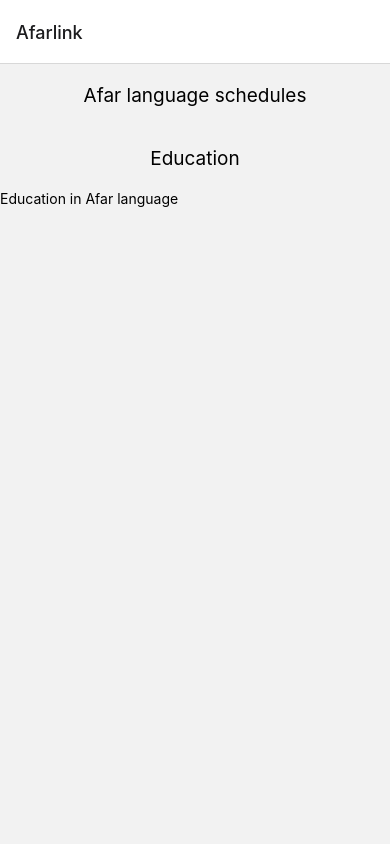
Repository: abdurehmanali611/Assunah_TV
Screen: /Afarlink
These files come from the project's save history. The screen is drawn as it stood at one moment and after a run of saves; the edit follows.
The app was drawn by React Native's web renderer in a window 390 px wide. The project was rebuilt for these pictures with package versions that can differ from the ones it lists, and the page was loaded fresh each time. Also part of the build but not shown: Components/Login.js, Components/SignUp.js, Constants/Home.js, Constants/AboutUs.js, Constants/Contacts.js, Constants/AssunahFolder.js, Constants/AssunahKids.js, Constants/AdditionalExtra.js and 29 more.

Above is the screen before, as saved 2023-12-27 00:18:49.

### App.js
import { createStackNavigator } from "@react-navigation/stack";
import { NavigationContainer } from "@react-navigation/native";

import Login from "./Components/Login";
import SignUp from "./Components/SignUp";
import Home from "./Constants/Home";
import AboutUs from "./Constants/AboutUs";
import Contacts from "./Constants/Contacts";
import AssunahFolder from "./Constants/AssunahFolder";
import AssunahKids from "./Constants/AssunahKids";
import AdditionalExtra from "./Constants/AdditionalExtra";
import Qiratcenter from "./Constants/Qiratcenter";
import AmharicPrograms from './Programs/AmharicPrograms'
import ArabicPrograms from './Programs/ArabicPrograms'
import AffanOromo from './Programs/AffanOromo'
import Afar from './Programs/Afar'
import Ethio_Somali from './Programs/Ethio_Somali'
import Gumuz from './Programs/Gumuz'
import Hadere from './Programs/Hadere'
import Halaba from './Programs/Halaba'
import Tigrigna from './Programs/Tigrigna'
import LoginQirat from "./Assunah_Qirat_Center/LoginQirat";
import LoginQirat2 from "./Assunah_Qirat_Center/LoginQirat2";
import Logged from "./Assunah_Qirat_Center/Logged";
import Afarlink from "./Program_Links/Afarlink";
import AffanOromolink from "./Program_Links/AffanOromolink";
import Amhariclink from "./Program_Links/Amhariclink";
import Arabiclink from "./Program_Links/Arabiclink";
import EthioSomalilink from "./Program_Links/EthioSomalilink";
import Gumuzlink from "./Program_Links/Gumuzlink";
import Haderelink from "./Program_Links/Haderelink";
import Halabalink from "./Program_Links/Halabalink";
import Tigraylink from "./Program_Links/Tigraylink";
import Support from "./Additional/Support";
import Help from "./Additional/Help";
import Rate from "./Additional/Rate";
import Amhariclink_2 from "./Program_Links/Amhariclink_2";
import Amhariclink_3 from "./Program_Links/Amhariclink_3";
import Amhariclink_4 from "./Program_Links/Amhariclink_4";
import Amhariclink_5 from "./Program_Links/Amhariclink_5";
import AffanOromolink_2 from "./Program_Links/AffanOromolink_2";

const stack = createStackNavigator();

const App = () => {

  return (
    <NavigationContainer>
      <stack.Navigator initialRouteName="Afarlink" >
         <stack.Screen name="Log" component={Login}/>
         <stack.Screen name="Sign" component={SignUp}/>
         <stack.Screen name="Home" component={Home}/>
         <stack.Screen name="Qirat" component={Qiratcenter}/>
         <stack.Screen name="About" component={AboutUs}/>
         <stack.Screen name="Contact" component={Contacts}/>
         <stack.Screen name="Assunah" component={AssunahFolder}/>
         <stack.Screen name="Kids" component={AssunahKids}/>
         <stack.Screen name="Extra" component={AdditionalExtra}/>
         <stack.Screen name="Amharic" component={AmharicPrograms}/>
         <stack.Screen name="Arabic" component={ArabicPrograms}/>
         <stack.Screen name="Oromo" component={AffanOromo}/>
         <stack.Screen name="Afar" component={Afar}/>
         <stack.Screen name="Somali" component={Ethio_Somali}/>
         <stack.Screen name="Gumuz" component={Gumuz}/>
         <stack.Screen name="Hadere" component={Hadere}/>
         <stack.Screen name="Halaba" component={Halaba}/>
         <stack.Screen name="Tigray" component={Tigrigna}/>
         <stack.Screen name="Login" component={LoginQirat}/>
         <stack.Screen name="Login2" component={LoginQirat2}/>
         <stack.Screen name="Logged" component={Logged}/>
         <stack.Screen name="Afarlink" component={Afarlink}/>
         <stack.Screen name="Oromolink" component={AffanOromolink}/>
         <stack.Screen name="Oromolink2" component={AffanOromolink_2}/>
         <stack.Screen name="Amhariclink" component={Amhariclink}/>
         <stack.Screen name="Amhariclink2" component={Amhariclink_2}/>
         <stack.Screen name="Amhariclink3" component={Amhariclink_3}/>
         <stack.Screen name="Amhariclink4" component={Amhariclink_4}/>
         <stack.Screen name="Amhariclink5" component={Amhariclink_5}/>
         <stack.Screen name="Arabiclink" component={Arabiclink}/>
         <stack.Screen name="EthioSomalilink" component={EthioSomalilink}/>
         <stack.Screen name="Gumuzlink" component={Gumuzlink}/>
         <stack.Screen name="Haderelink" component={Haderelink}/>
         <stack.Screen name="Halabalink" component={Halabalink}/>
         <stack.Screen name="Tigraylink" component={Tigraylink}/>
         <stack.Screen name="support" component={Support}/>
         <stack.Screen name="help" component={Help}/>
         <stack.Screen name="rate" component={Rate}/>
      </stack.Navigator>
    </NavigationContainer>

  )
};

export default App;

### Program_Links/Afarlink.js
import React from "react";
import { StyleSheet } from "react-native";
import { Linking, TouchableOpacity } from "react-native";
import { Text } from "react-native";
import { View } from "react-native";

const Afarlink = () => {

    return <View>
        <Text style = {{marginVertical: 20, textAlign: 'center', fontSize: 19}}>Afar language schedules</Text>
        <View>
            <Text style = {{marginVertical: 20, textAlign: 'center', fontSize: 19}}>Education</Text>
            <View>
                <TouchableOpacity
                style = {styles.afarders}
                onPress={() => Linking.openURL('https://www.youtube.com/watch?v=D3HWMIlFyBE&list=PLZaq281_mc43BjJofr5omaXHUci6lgonP&pp=iAQB')}
                >
                    <Text>Education in Afar language</Text>
                </TouchableOpacity>
            </View>
        </View>
    </View>

}

const styles = StyleSheet.create ({
    afarders: {

    }
})

export default Afarlink

After the next 3 saves:
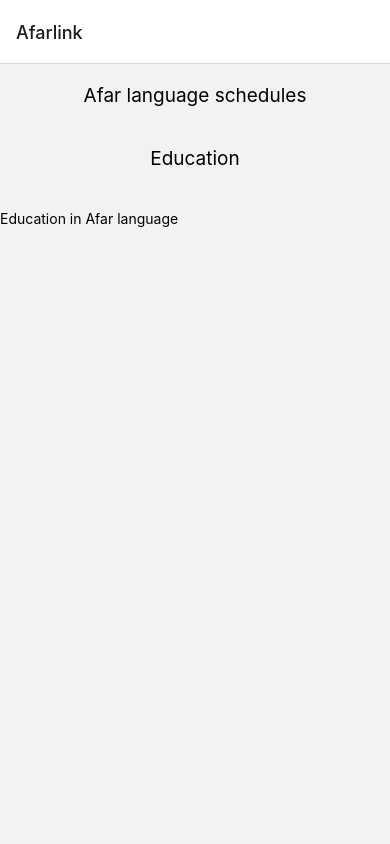
The 3 saves are shown as one change because they came seconds apart.
The last was saved 13 s later.
--- a/Program_Links/Afarlink.js
+++ b/Program_Links/Afarlink.js
@@ -25,6 +25,7 @@ const Afarlink = () => {
 
 const styles = StyleSheet.create ({
     afarders: {
+        marginVertical: 20,
 
     }
 })
